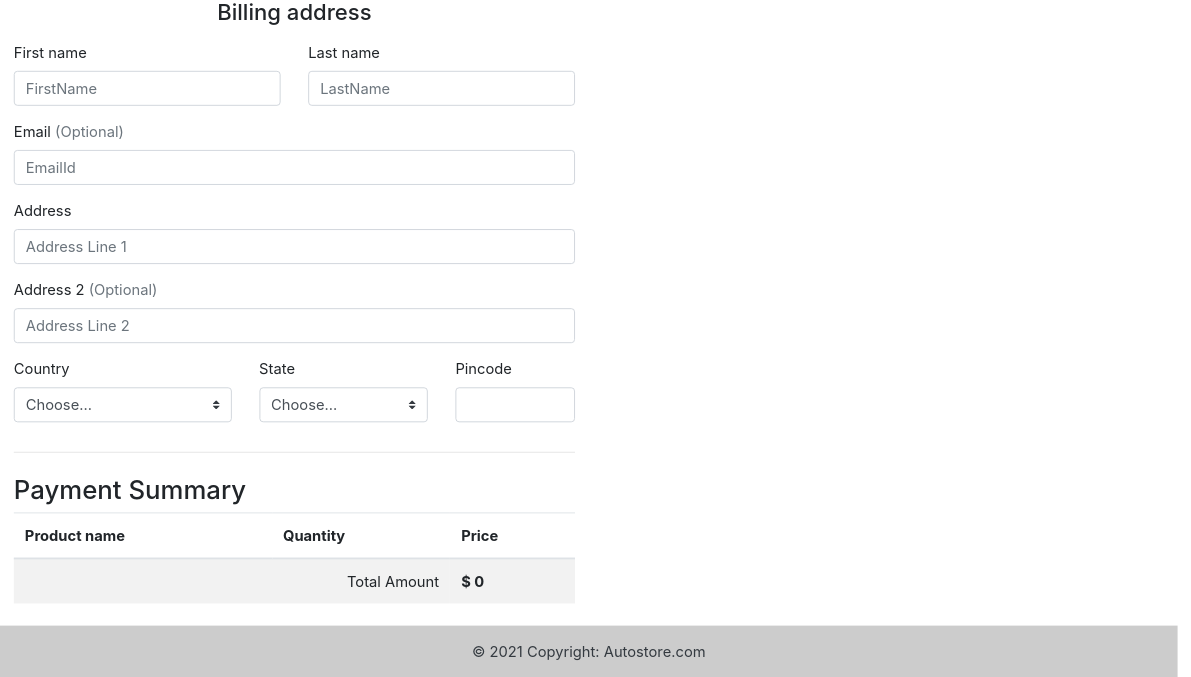
Repository: pravinsakthivel/ecommerce
Page: /checkout
The author's editor kept a copy of each file at every save. The page is drawn from the files as they stood at one save, then again after the next save.
The browser window is 1280 px wide. The page is 1295 px wide, so the pictures cover 1295 px, including what lies to the right of the window. The pictures show the whole page, at 92% of full size.
The project was rebuilt for these pictures with package versions that can differ from the ones it lists, and the page was loaded fresh each time. Also part of the build but not shown: src/components/UI/BaseButton.vue, src/components/ProductItem.vue, src/components/UI/ShoppingCartIcon.vue, src/components/UI/NavigationBar.vue, src/components/UI/SearchBar.vue, src/components/ProductDescriptionModal.vue, src/components/ProductList.vue, src/components/CartList.vue and 5 more.

Above is the page before, as saved 2021-04-10 22:19:07.

After the next save:
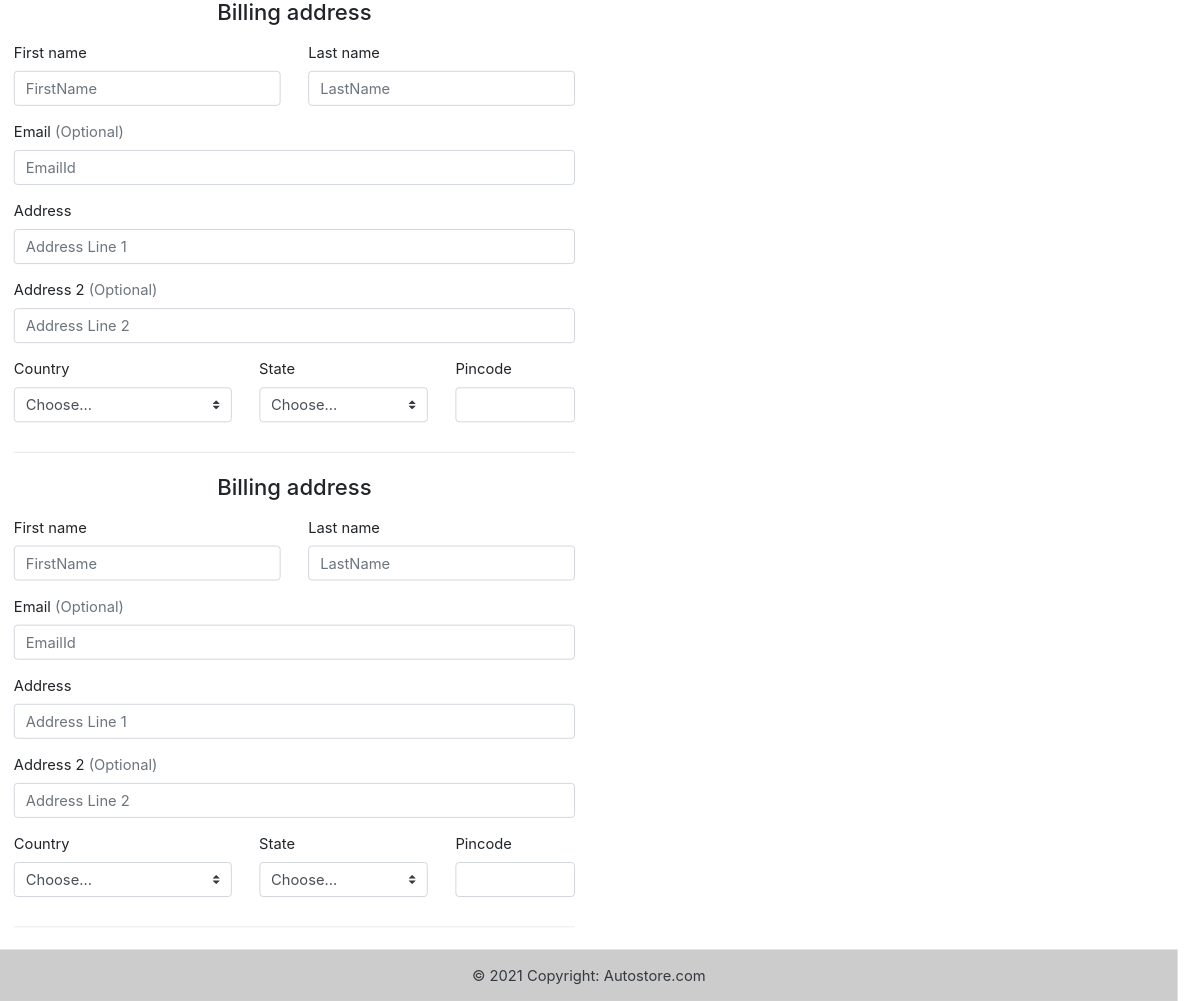
Saved 54 s later.
--- a/src/components/CheckoutPage.vue
+++ b/src/components/CheckoutPage.vue
@@ -93,9 +93,101 @@
       </form>
 
     </div>
-    <div class="col-md-6">
+    <div class="col-md-6 ">
+      <h4 class="mb-3 text-center">Billing address</h4>
+      <form>
+        <div class="row">
+          <div class="col-md-6 mb-3">
+            <label for="firstName">First name</label>
+            <input
+              type="text"
+              class="form-control"
+              id="firstName"
+              placeholder="FirstName"
+              value=""
+              required
+            />
+          </div>
+          <div class="col-md-6 mb-3">
+            <label for="lastName">Last name</label>
+            <input
+              type="text"
+              class="form-control"
+              id="lastName"
+              placeholder="LastName"
+              value=""
+              required
+            />
+          </div>
+        </div>
+        <div class="mb-3">
+          <label for="email"
+            >Email <span class="text-muted">(Optional)</span></label
+          >
+          <input
+            type="email"
+            class="form-control"
+            id="email"
+            placeholder="EmailId"
+          />
+        </div>
+
+        <div class="mb-3">
+          <label for="address">Address</label>
+          <input
+            type="text"
+            class="form-control"
+            id="address"
+            placeholder="Address Line 1"
+            required
+          />
+        </div>
+
+        <div class="mb-3">
+          <label for="address2"
+            >Address 2 <span class="text-muted">(Optional)</span></label
+          >
+          <input
+            type="text"
+            class="form-control"
+            id="address2"
+            placeholder="Address Line 2"
+          />
+        </div>
+
+        <div class="row">
+          <div class="col-md-5 mb-3">
+            <label for="country">Country</label>
+            <select class="custom-select d-block w-100" id="country" required>
+              <option value="">Choose...</option>
+              <option>India</option>
+            </select>
+          </div>
+          <div class="col-md-4 mb-3">
+            <label for="state">State</label>
+            <select class="custom-select d-block w-100" id="state" required>
+              <option value="">Choose...</option>
+              <option>Bangalore</option>
+            </select>
+          </div>
+          <div class="col-md-3 mb-3">
+            <label for="zip">Pincode</label>
+            <input
+              type="text"
+              class="form-control"
+              id="zip"
+              placeholder=""
+              required
+            />
+          </div>
+        </div>
+        <hr class="mb-4" />
+      </form>
+
+    </div>
+    <!-- <div class="col-md-6">
       <payment-details></payment-details>
-    </div>
+    </div> -->
 
   </div>
   </div>
